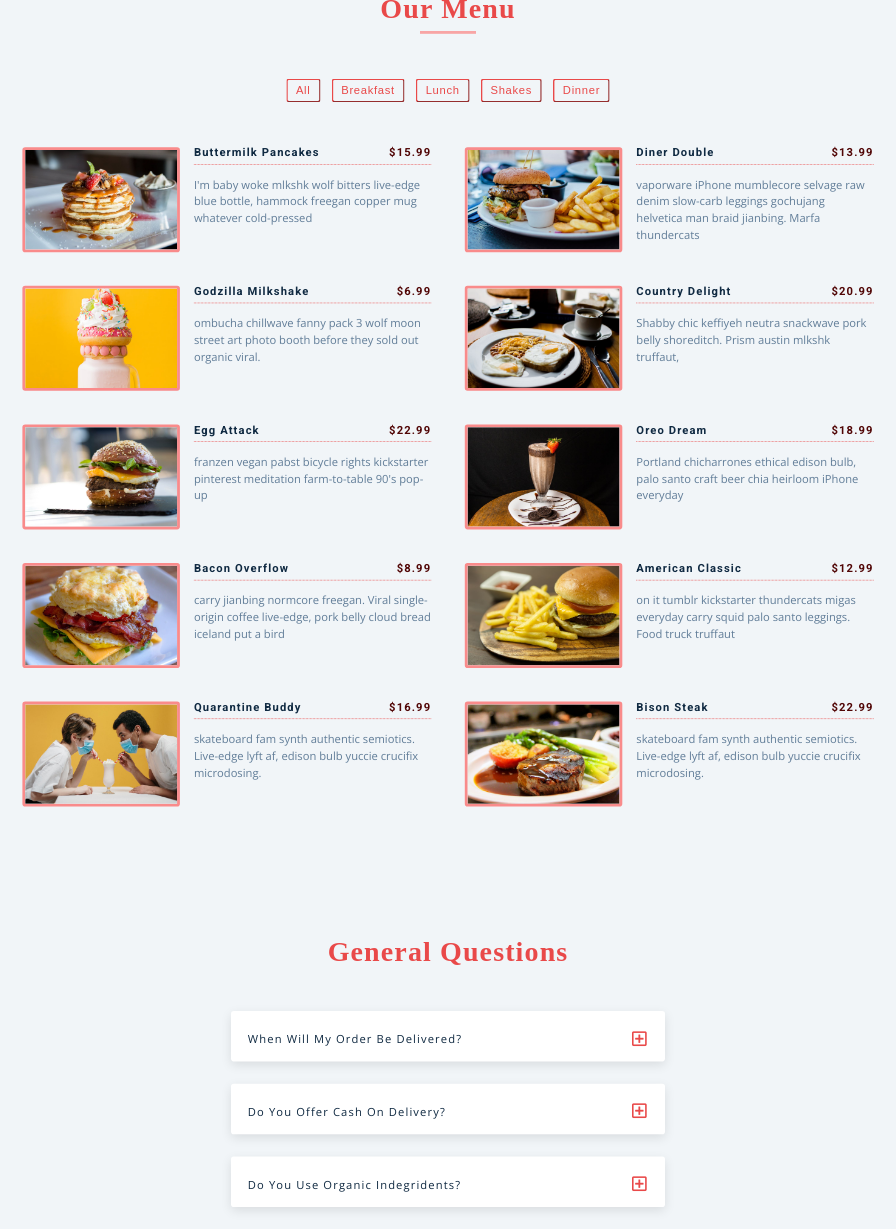
Repository: xoshiraghavx/Food-you
Page: index.html
These files come from the project's save history. The page is drawn as it stood at one moment and after a run of saves; the edit follows.
The browser window is 1280 px wide. The pictures show the part of the page from y = 916 to 2836 px (the page is 2672 px tall before and 2836 px after), at 70% of full size.
Some icons come from a web library that is not loaded, so they are not drawn. Some web libraries are served in a nearby version.

Above is the page before, as saved 2022-12-03 08:32:55.

After the next 2 saves:
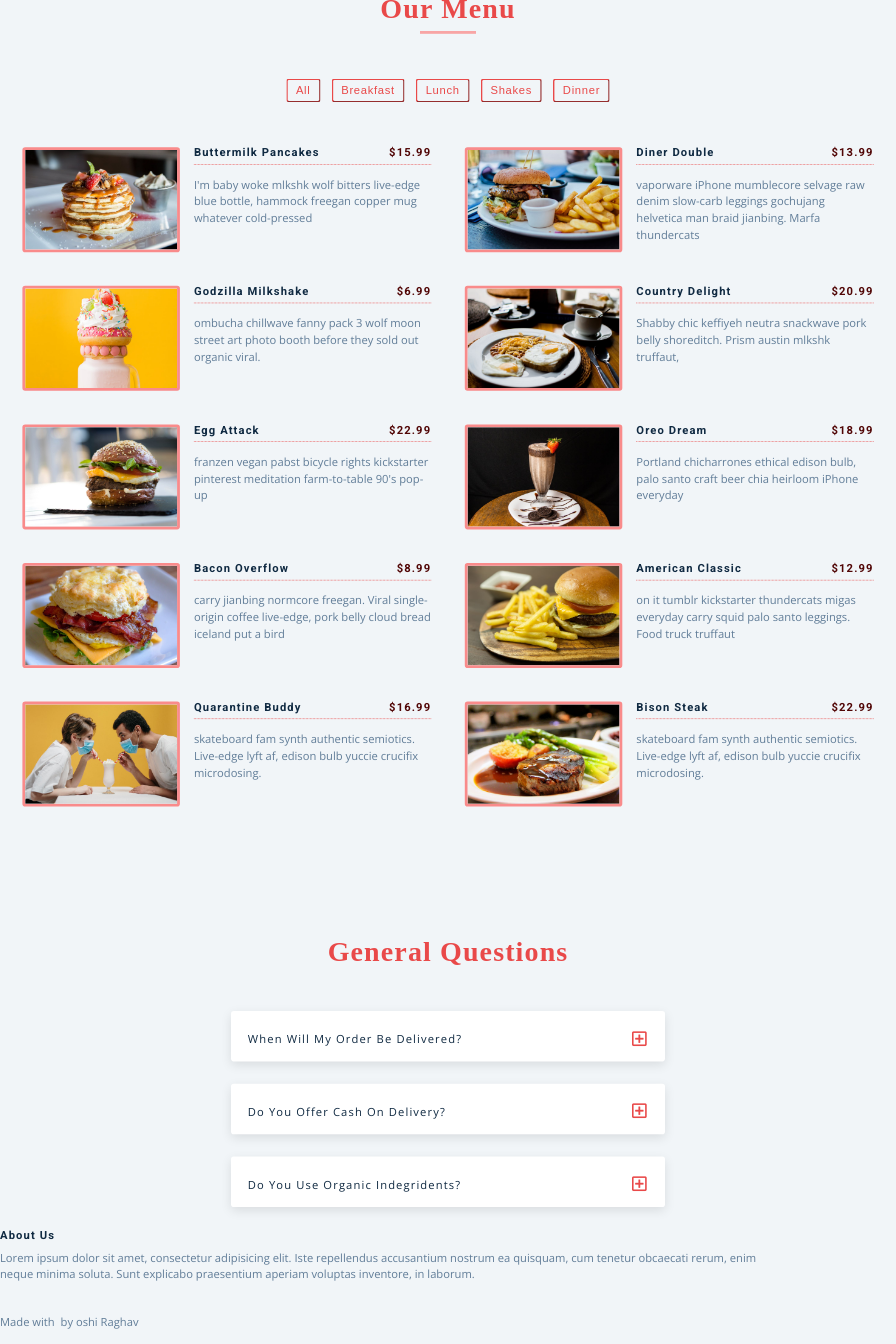
The 2 saves are shown as one change because they came seconds apart.
The last was saved 3 min 6 s later.
--- a/index.html
+++ b/index.html
@@ -171,6 +171,18 @@
     </article>
   </div>
 </section>
+<!-- --------footer--------- -->
+<section class="footer">
+  <h4>About Us</h4>
+  <p>Lorem ipsum dolor sit amet, consectetur adipisicing elit. Iste repellendus accusantium nostrum ea quisquam, cum tenetur obcaecati rerum, enim <br> neque minima soluta. Sunt explicabo praesentium aperiam voluptas inventore, in laborum.</p>
+  <div class="icons">
+      <i class="fa fa-facebook" aria-hidden="true"></i>
+      <i class="fa fa-twitter" aria-hidden="true"></i>
+      <i class="fa fa-instagram" aria-hidden="true"></i>
+      <i class="fa fa-youtube" aria-hidden="true"></i>
+  </div>
+  <p>Made with <i class="fa fa-heart-o" aria-hidden="true"></i> by oshi Raghav</p>
+</section>
 <!-- javascript -->
     <script src="app.js"></script>
   </body>
